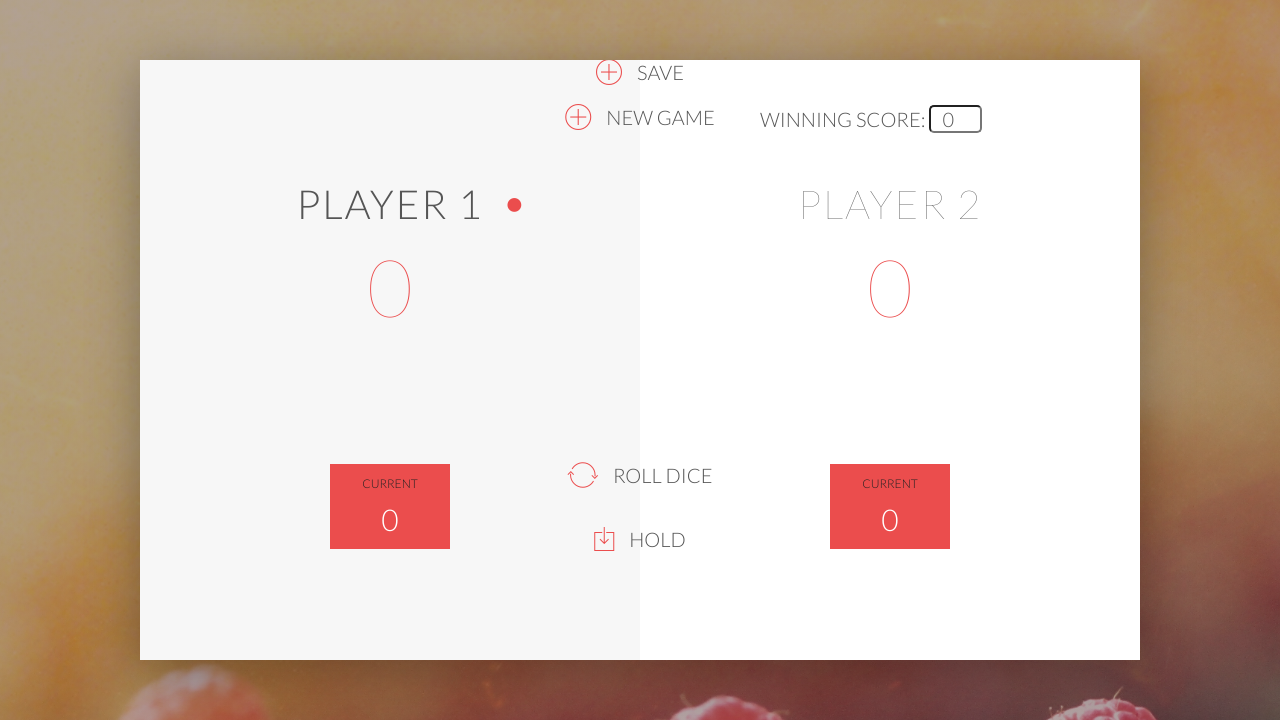
Repository: hexanek/hexanek.github.io
Page: pig-game/index.html
The author's editor kept a copy of each file at every save. The page is drawn from the files as they stood at one save, then again after the next save.
The browser window is 1280 px wide. The pictures show the whole page.

Above is the page before, as saved 2019-12-18 21:31:31.

After the next save:
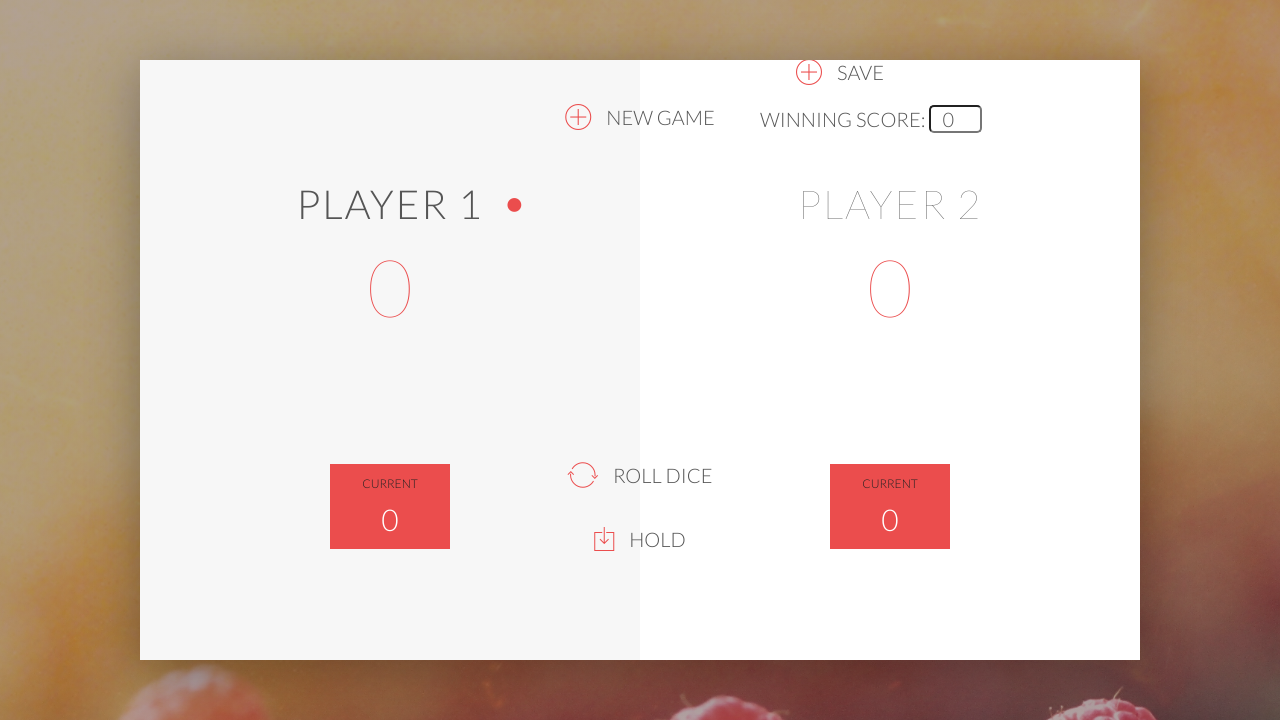
Saved 58 s later.
--- a/pig-game/style.css
+++ b/pig-game/style.css
@@ -107,6 +107,21 @@ button {
     position: absolute;
     width: 200px;
     left: 50%;
+    transform: translateX(-50%);
+    color: #555;
+    background: none;
+    border: none;
+    font-family: Lato;
+    font-size: 20px;
+    text-transform: uppercase;
+    cursor: pointer;
+    font-weight: 300;
+    transition: background-color 0.3s, color 0.3s;
+}
+.btn-save{
+    position: absolute;
+    width: 200px;
+    left: 70%;
     transform: translateX(-50%);
     color: #555;
     background: none;
